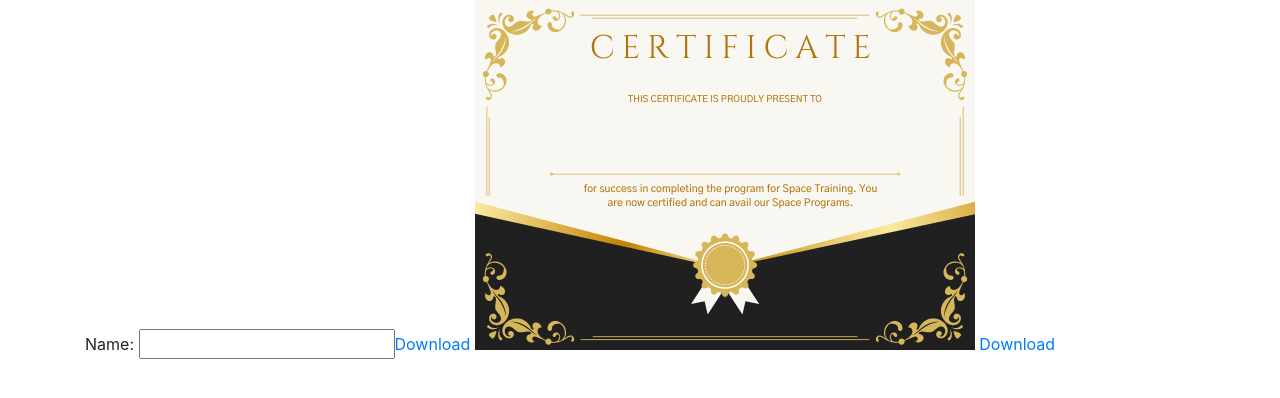
Repository: sarthakkathpalia/elliptical
Page: html/certificate.html
These files come from the project's save history. The page is drawn as it stood at one moment and after the next save; the edit follows.
The browser window is 1280 px wide. The pictures show the whole page.

Above is the page before, as saved 2021-10-31 07:53:59.

### html/certificate.html
<!DOCTYPE html>
<html lang="en">

<head>
    <meta charset="UTF-8">
    <meta name="viewport" content="width=device-width, initial-scale=1.0">
    <link href="https://stackpath.bootstrapcdn.com/bootstrap/4.5.2/css/bootstrap.min.css" rel="stylesheet">
    <title>Certificate Generator</title>
</head>

<body>
    <div class="container">
        <label>
            Name:
            <input id="name" type='text'>
        </label><a href="#" id="download-btn">Download</a>
        <canvas id="canvas" height="350px" width="500px"></canvas>
    </label><a href="#" id="download-btn">Download</a>

    </div>
    <script src="certificate.js"></script>
</body>

</html>

### html/certificate.js
const canvas = document.getElementById('canvas')
const ctx = canvas.getContext('2d')
const nameInput = document.getElementById('name')
const downloadBtn = document.getElementById('download-btn')

const image = new Image()
image.src = 'certificate.jpg'
image.onload = function () {
	drawImage()
}

function drawImage() {
	// ctx.clearRect(0, 0, canvas.width, canvas.height)
	ctx.drawImage(image, 0, 0, canvas.width, canvas.height)
	ctx.font = '40px monotype corsiva'
	ctx.fillStyle = '#29e'
	ctx.fillText(nameInput.value, 105, 170)
}

nameInput.addEventListener('input', function () {
	drawImage()
})

downloadBtn.addEventListener('click', function () {
	downloadBtn.href = canvas.toDataURL('image/jpg')
	downloadBtn.download = 'Certificate - ' + nameInput.value
})

After the next save:
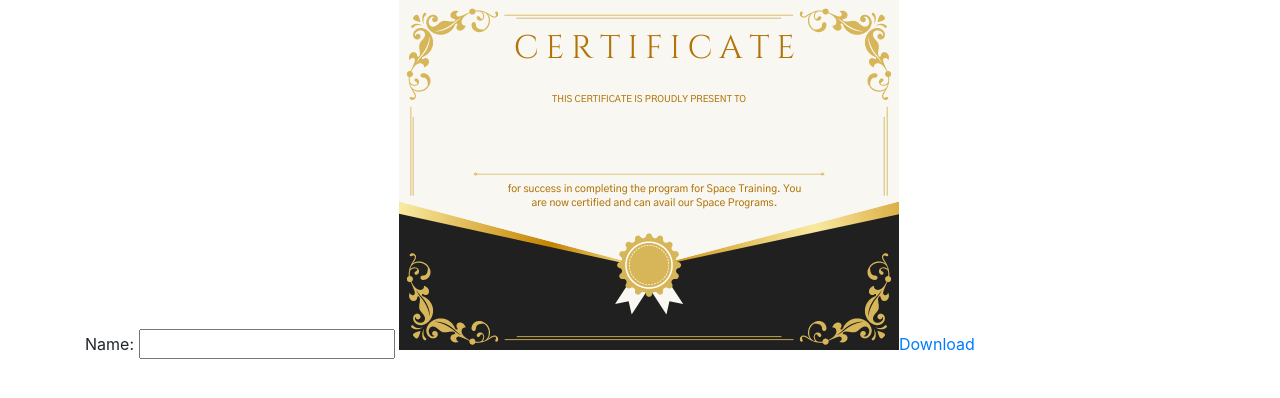
Saved 20 s later.
--- a/html/certificate.html
+++ b/html/certificate.html
@@ -13,9 +13,8 @@
         <label>
             Name:
             <input id="name" type='text'>
+        <canvas id="canvas" height="350px" width="500px"></canvas>
         </label><a href="#" id="download-btn">Download</a>
-        <canvas id="canvas" height="350px" width="500px"></canvas>
-    </label><a href="#" id="download-btn">Download</a>
 
     </div>
     <script src="certificate.js"></script>
